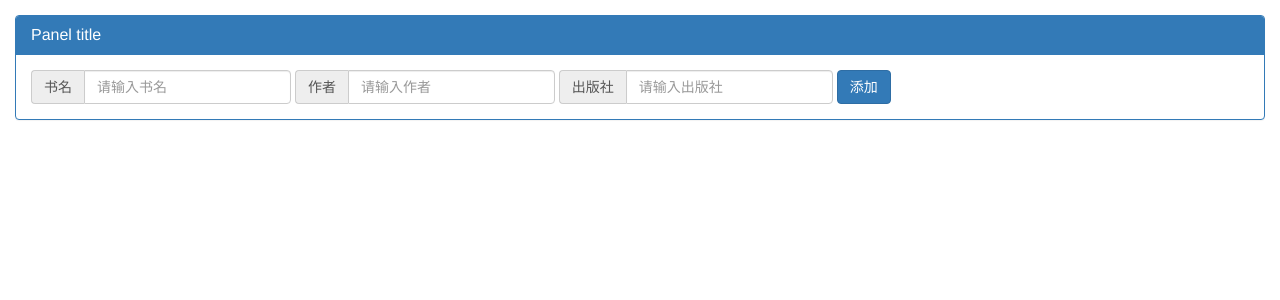
Repository: Bluesouls/eliauk.github.io
Page: Ajax学习笔记/day01/code/图书管理.html
An editor plug-in stored every save of this project. The page is shown before and after the next save, followed by the edit.
The browser window is 1280 px wide. The pictures show the whole page.

Above is the page before, as saved 2022-04-24 16:59:27.
Console error (its wording comes from the project's code and is left out).

### Ajax学习笔记/day01/code/图书管理.html
<!DOCTYPE html>
<html lang="en">
<head>
  <meta charset="UTF-8">
  <meta http-equiv="X-UA-Compatible" content="IE=edge">
  <meta name="viewport" content="width=device-width, initial-scale=1.0">
  <link href="https://cdn.bootcss.com/bootstrap/3.3.7/css/bootstrap.css" rel="stylesheet">
  <script src="https://cdn.bootcss.com/bootstrap/3.3.7/js/bootstrap.js"></script>
  <title>图书管理</title>
</head>
<body style="padding:15px">

  <div class="panel panel-primary">
      <div class="panel-heading">
        <h3 class="panel-title">Panel title</h3>
      </div>
      <div class="panel-body">
        <form class="form-inline" method="get" action="">
          <div class="input-group">
            <div class="input-group-addon">书名</div>
            <input type="text" class="form-control" id="books" placeholder="请输入书名">
          </div>
          <div class="input-group">
            <div class="input-group-addon">作者</div>
            <input type="text" class="form-control" id="author" placeholder="请输入作者">
          </div>
          <div class="input-group">
            <div class="input-group-addon">出版社</div>
            <input type="text" class="form-control" id="publisher" placeholder="请输入出版社">
          </div>

          <button type="button" class="btn btn-primary">添加</button>

        </form>


      </div>
  </div>

</body>
</html>

After the next save:
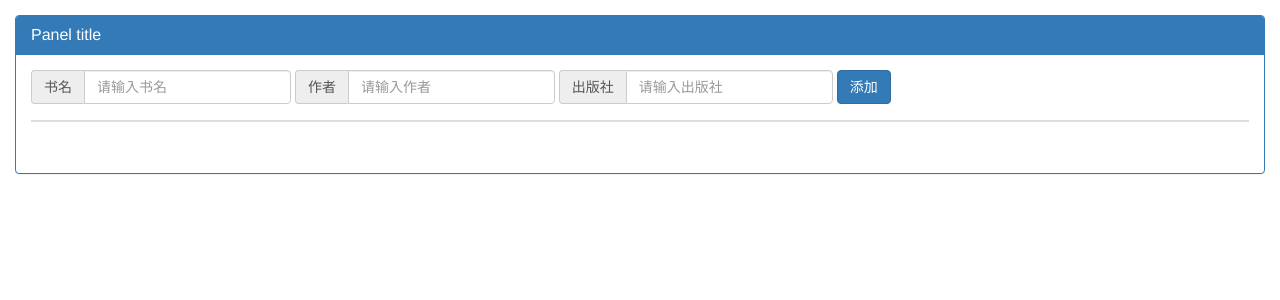
Saved 24 s later.
--- a/Ajax学习笔记/day01/code/图书管理.html
+++ b/Ajax学习笔记/day01/code/图书管理.html
@@ -33,6 +33,19 @@
 
         </form>
 
+        <table class="table table-hover">
+          <thead>
+            <tr>
+              <th></th>
+            </tr>
+          </thead>
+          <tbody>
+            <tr>
+              <td></td>
+            </tr>
+          </tbody>
+        </table>
+
 
       </div>
   </div>
